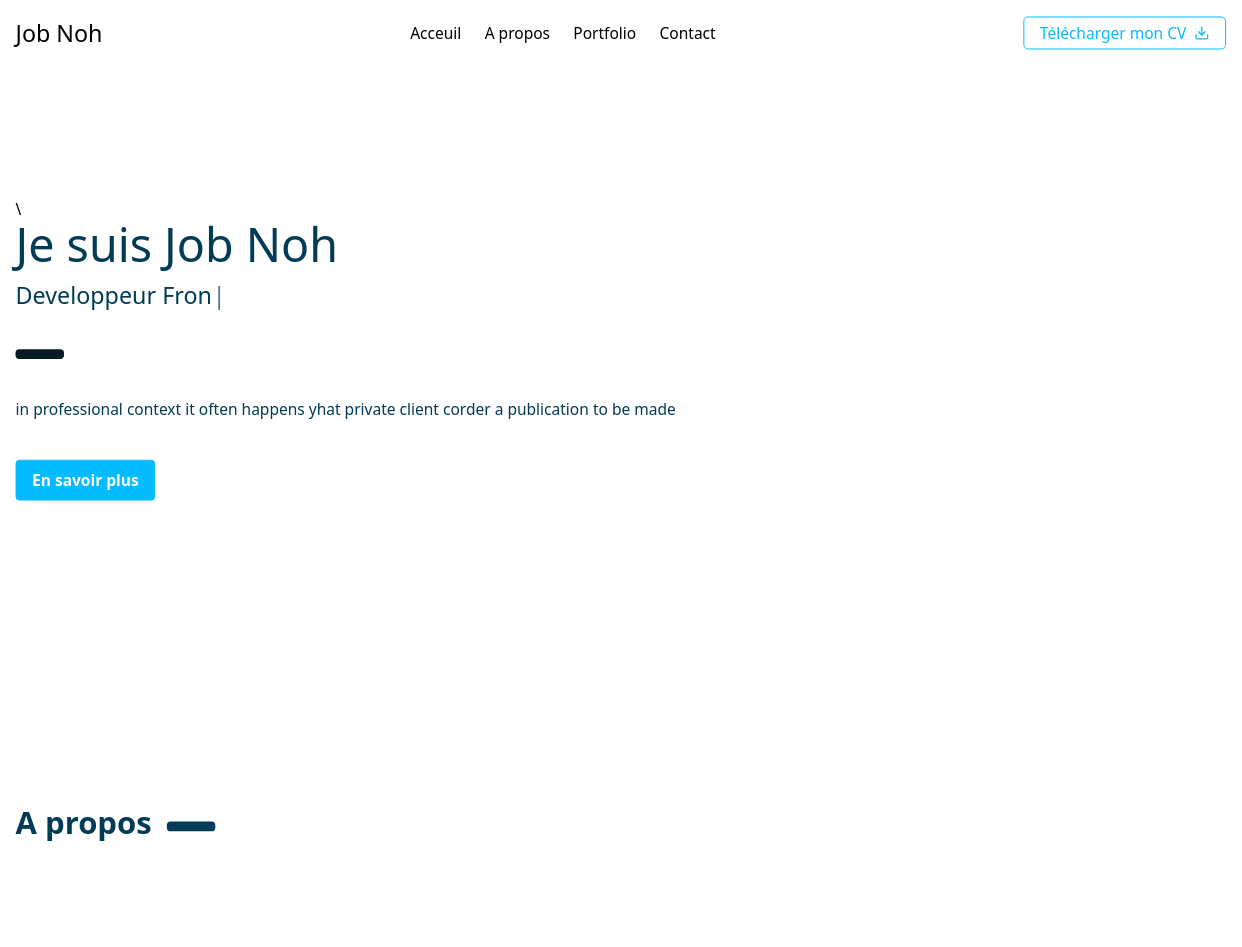
Repository: anoy1010/Nextportfolio
Page: /
These files come from the project's save history. The page is drawn as it stood at one moment and after the next save; the edit follows.
The browser window is 1280 px wide. The pictures show the whole page, at 97% of full size.
Backgrounds fixed to the window are drawn as part of the page. The project was rebuilt for these pictures with package versions that can differ from the ones it lists, and the page was loaded fresh each time. The framework's server and built-in components were replaced by stand-ins that run in the browser. Also part of the build but not shown: next.config.js, styles/Home.module.css.

Above is the page before, as saved 2023-03-06 17:21:42.

### pages/index.js
import Head from 'next/head'
import Image from 'next/image'
import { Inter } from '@next/font/google'
import styles from '../styles/Home.module.css'
import Navbar from '../components/Navbar'
import Hero from '../components/Hero'
import About from '../components/About'
const inter = Inter({ subsets: ['latin'] })

export default function Home() {
  return (
    <>
      <Head>
        <title>Portfolio | Noh Job</title>
        <meta name="description" content="Generated by create next app" />
        <meta name="viewport" content="width=device-width, initial-scale=1" />
        <link rel="icon" href="/favicon.ico" />
      </Head>

      <header>
        < Navbar />
      </header>

      <main>
        <Hero />
        <About/>
      </main>

    </>
  )
}

### styles/globals.css
@tailwind base;
@tailwind components;
@tailwind utilities;

@layer components {
  .btn{
    @apply bg-[#04bbff] text-white py-2 px-4 rounded inline-block mt-10 font-bold border border-[#04bbff] hover:bg-transparent hover:text-[#04bbff] transition duration-200
  }
}

### components/Navbar.js
import Link from 'next/link'
import React from 'react'
import {FiDownload} from 'react-icons/fi'
import {RiMenu5Line} from 'react-icons/ri'

const Navbar = () => {
  return (
    <div className='bg-white fixed top-0 w-[100%] z-10 '>
        <div className='container mx-auto flex justify-between items-center py-4 px-4'>
            <div className='text-[24px]'>Job Noh</div>

            <div className='hidden md:flex gap-6'>

                <Link href='/Acceuil' className='hover:text-[#04bbff]'>
                    Acceuil
                </Link>
                <Link href='/A propos' className='hover:text-[#04bbff]' >
                    A propos
                </Link>
                <Link href='/Portfolio' className='hover:text-[#04bbff]'>
                    Portfolio
                </Link>
                <Link href='/Contact' className='hover:text-[#04bbff]'>
                    Contact
                </Link>



            </div>

            <a href='#' className='hidden  md:flex border border-[#04bbff] px-4 py-1 text-[#04bbff] rounded-[5px] items-center gap-2 hover:bg-[#04bbff] hover:text-white transition duration-200 '>
                Télécharger mon CV
                <FiDownload/>
                </a>

            <div className='md:hidden text-[24px] '>
                <RiMenu5Line/>
            </div>
        </div>
    </div>
  )
}

export default Navbar

### components/Hero.js
import React from 'react'

import Typewriter, { TypewriterClass } from "typewriter-effect"
import Button from '../components/Button'

const Hero = () => {
  return (
    <div className='bg-[url("")] h-screen bg-cover bg-center bg-fixed flex items-center'>
        <div className='container mx-auto px-4'>\
            <div className='max-x-[450px] text-[#003c57] flex flex-col gap-[40px]'>
                <div>
                    <h1 className='text-5xl'>
                        Je suis Job Noh
                    </h1>
                    <h4 className=' text-2xl mt-3'>
                        <Typewriter
                            options = {{
                                strings: [
                                    "Developpeur Front-end",
                                    "Developpeur Back-end",
                                    "Analyste de donnée",
                                    "Chef de projet",
                                    "Graphic designer",
                                    "Developpeur mobile"
                                ],
                                changeDelay:3,
                                changeDeleteSpeed:2,
                                autoStart:true,
                                loop:true,
                            }}
                        />
                    </h4>
                </div>

                <div className='bg-[#051c24] h-[10px] w-[50px] rounded'>
                </div>

                <div>
                    <p>
                    in professional context it often happens yhat private client
                    corder a publication to be made
                    </p>
                    <Button link="#" text="En savoir plus" />
                </div>

            </div>

        </div>
    </div>
  )
}

export default Hero

### components/About.js
import React from 'react'
import Heading from './Heading'

const About = () => {
  return (
    <section className='container mx-auto py-10 px-4'>

        <Heading title="A propos"/>

        <div className='grid grid-cols-1 md:grid-cols-2 gap-[60px]'>

            <div>
                <img className='w-[400px]' src="/" alt="" />
            </div>
            <div>
                <div className='flex items-center justify-between w-[300px]'>
                    <div className='flex flex-col gap-6'>
                        <div className='flex gap-4 items-center font-medium '></div>
                    </div>
                </div>
            </div>
        </div>

    </section>
  )
}

export default About

### components/Button.js
import React from 'react'

const Button = ({text, link}) => {
  return (
    <a href={link}className='btn'>{text}</a>
  )
}

export default Button

### components/Heading.js
import React from 'react'

const Heading = ({title}) => {
  return (
    <div className='text-[#003c57] text-[32px] font-bold flex items-center gap-4 py-16'>
        {title}
        <div className='bg-[#003c57] h-[10px] w-[50px] translate-y-1 rounded'></div>
    </div>
  )
}

export default Heading

Loaded but not shown: pages/_app.js (common file); pages/_document.js (common file); tailwind.config.js (common file)

After the next save:
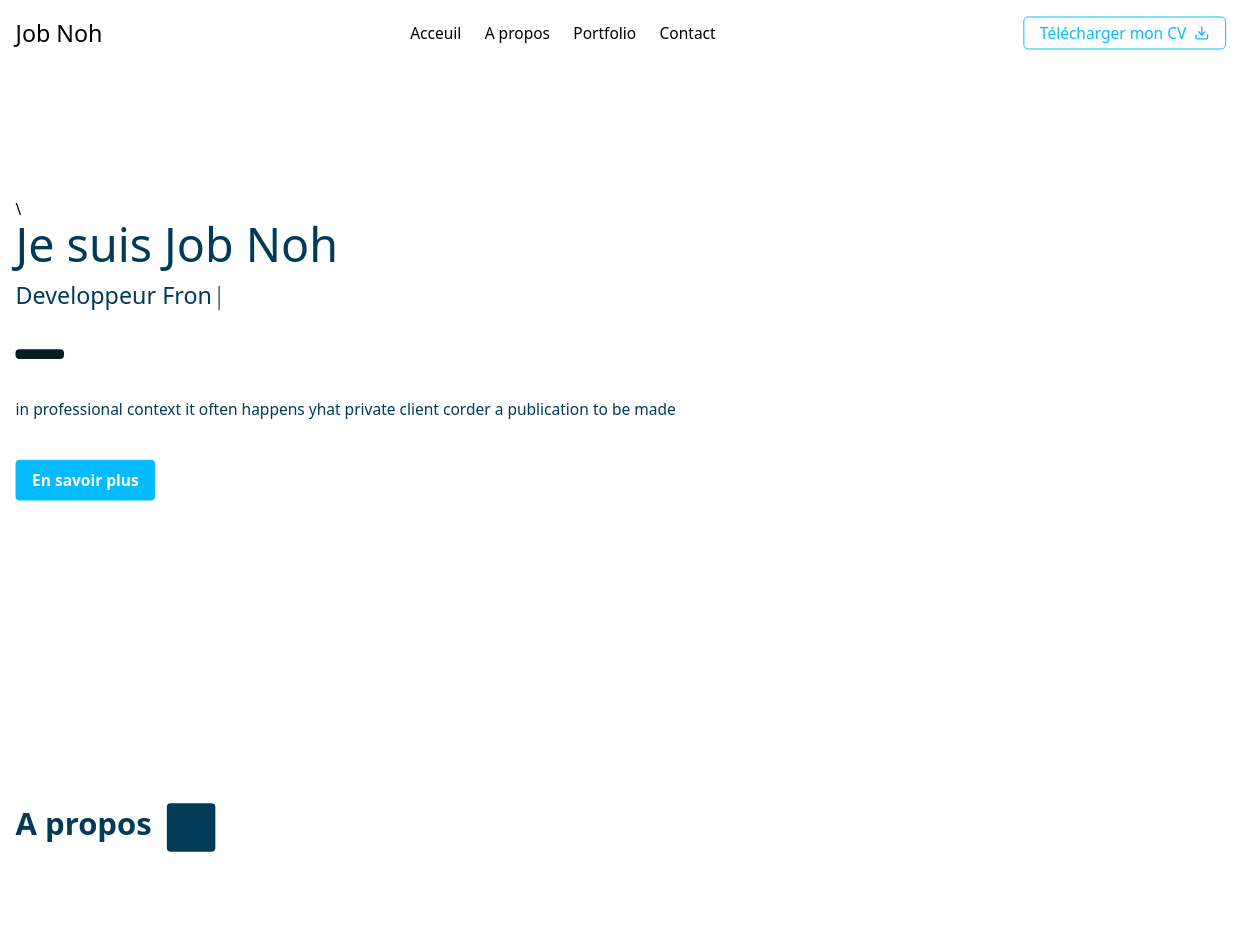
Saved 9 s later.
--- a/components/Heading.js
+++ b/components/Heading.js
@@ -4,7 +4,7 @@ const Heading = ({title}) => {
   return (
     <div className='text-[#003c57] text-[32px] font-bold flex items-center gap-4 py-16'>
         {title}
-        <div className='bg-[#003c57] h-[10px] w-[50px] translate-y-1 rounded'></div>
+        <div className='bg-[#003c57] h-[50px] w-[50px] translate-y-1 rounded'></div>
     </div>
   )
 }
